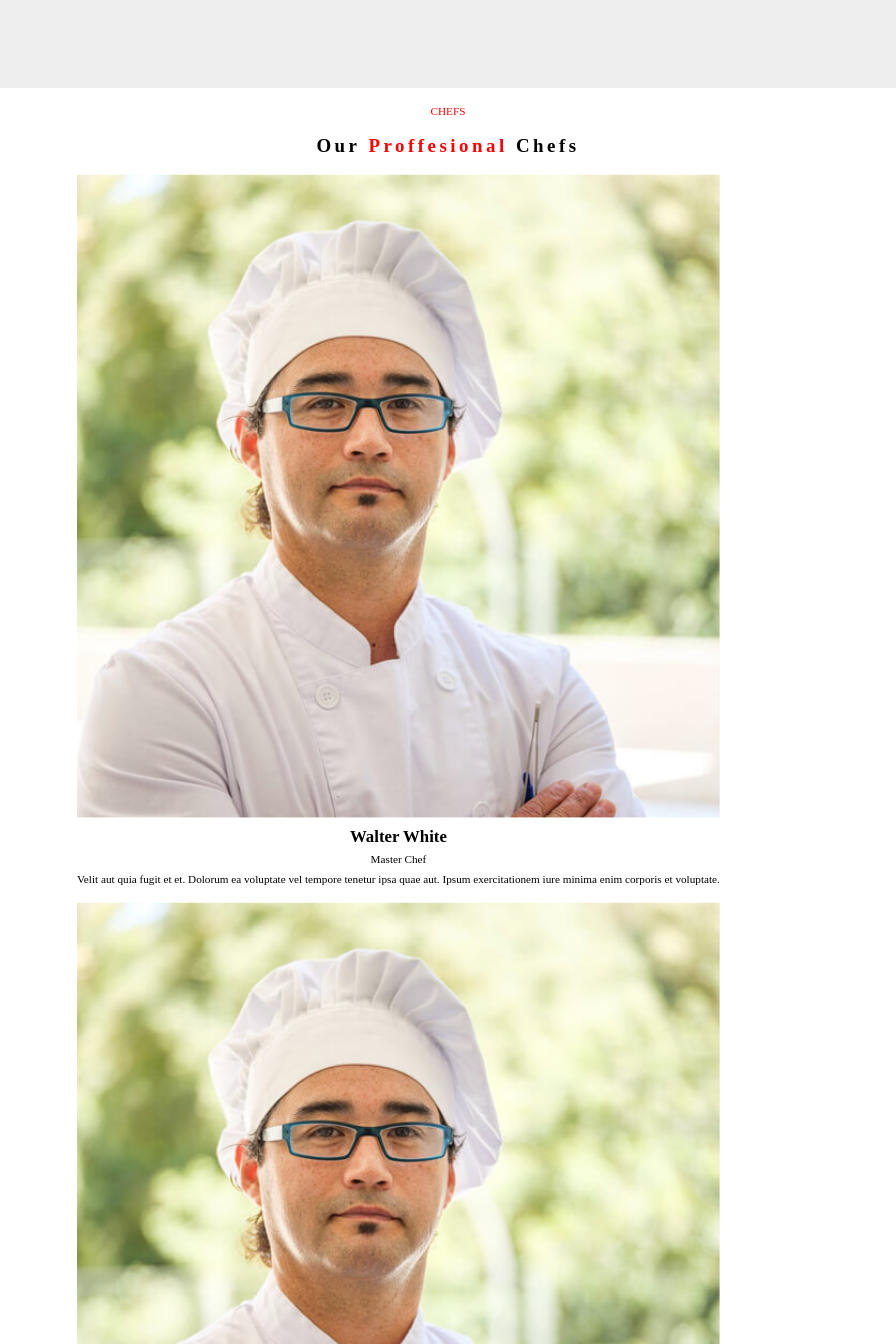
Repository: Ahmedalid/New-project
Page: Rout/index.html
The author's editor kept a copy of each file at every save. The page is drawn from the files as they stood at one save, then again after the next save.
The browser window is 1280 px wide. The pictures show the part of the page from y = 674 to 2594 px (the page is 5000 px tall), at 70% of full size.

Above is the page before, as saved 2023-06-08 11:17:53.

After the next save:
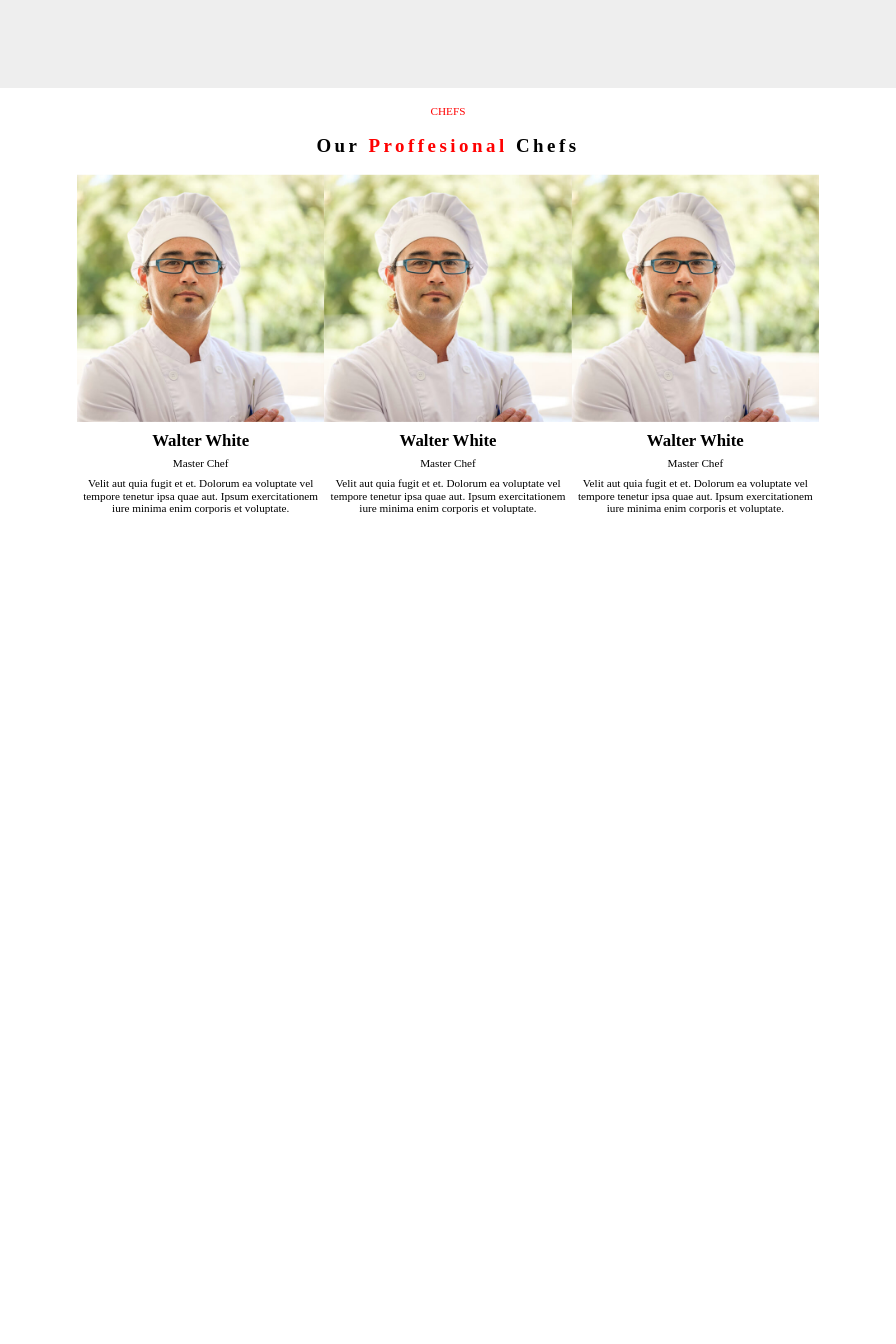
Saved 16 s later.
--- a/Rout/css/style.css
+++ b/Rout/css/style.css
@@ -134,7 +134,7 @@ img{
 .our-section{
     font-size: 27px;
 }
-.card-img{
+.d-bettwen{
     /* width: 33%;
     display: inline-block; */
     display: flex;
